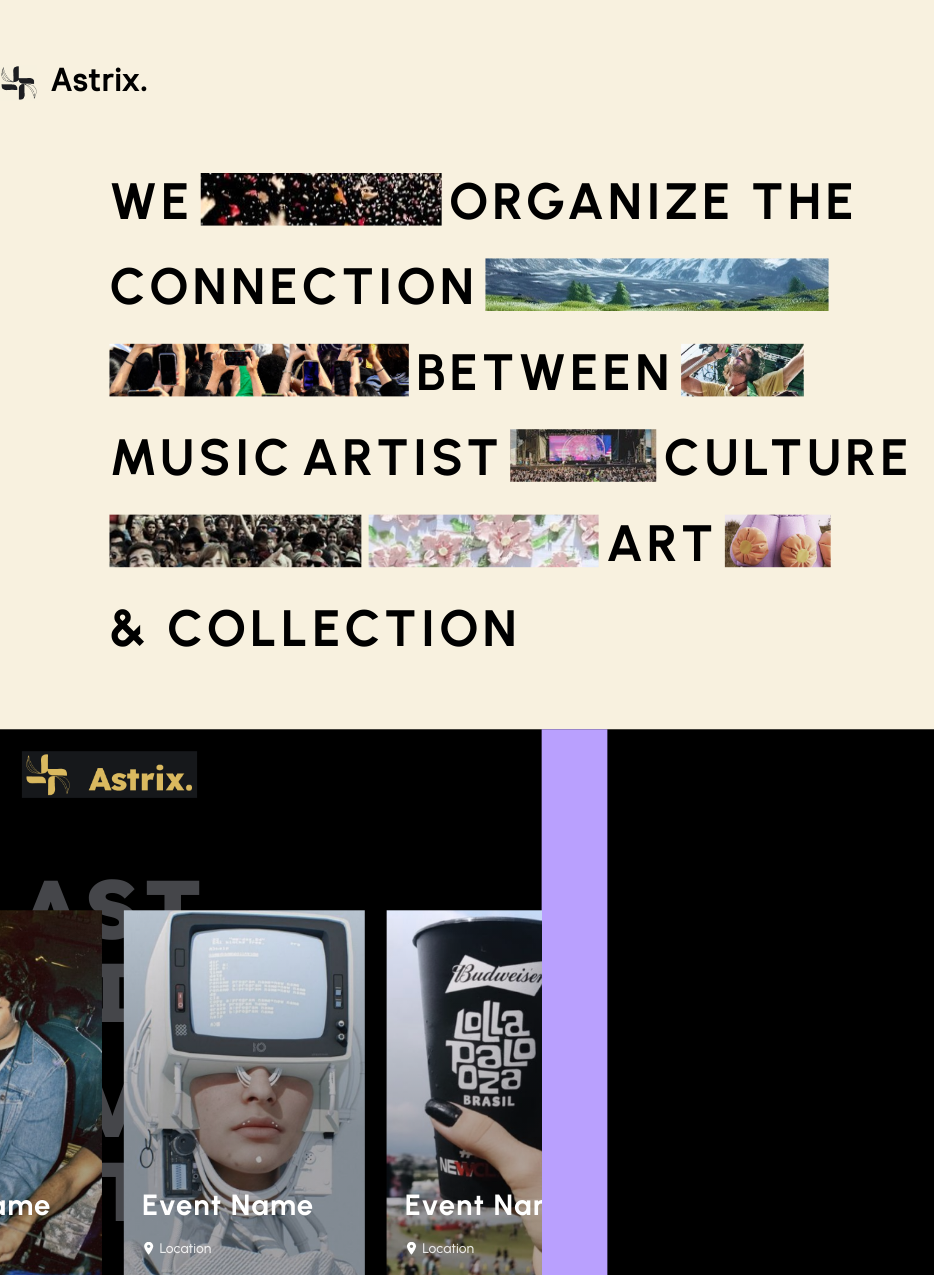
Repository: sharma171/astrix
Page: /
These files come from the project's save history. The page is drawn as it stood at one moment and after the next save; the edit follows.
The browser window is 1280 px wide. The pictures show the whole page, at 73% of full size.
The project was rebuilt for these pictures with package versions that can differ from the ones it lists, and the page was loaded fresh each time.

Above is the page before, as saved 2024-05-20 15:16:01.

After the next save:
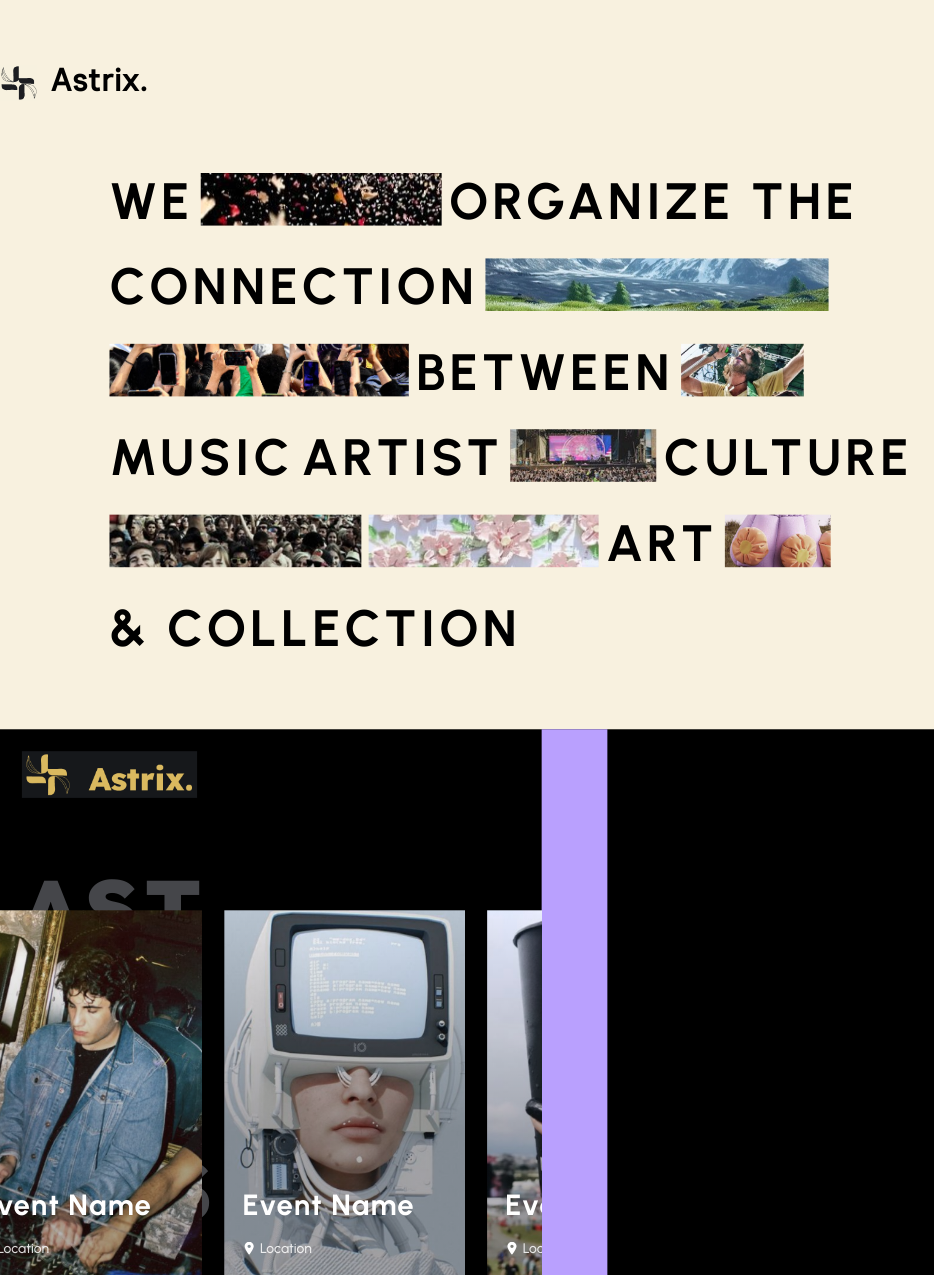
Saved 4 s later.
--- a/src/component/home.css
+++ b/src/component/home.css
@@ -72,7 +72,7 @@
     position: relative;
     animation-name: carousel;
     animation-delay: 2s;
-    animation-duration: 10s;
+    animation-duration: 15s;
 }
 @keyframes carousel {
     0% {

After the save that followed:
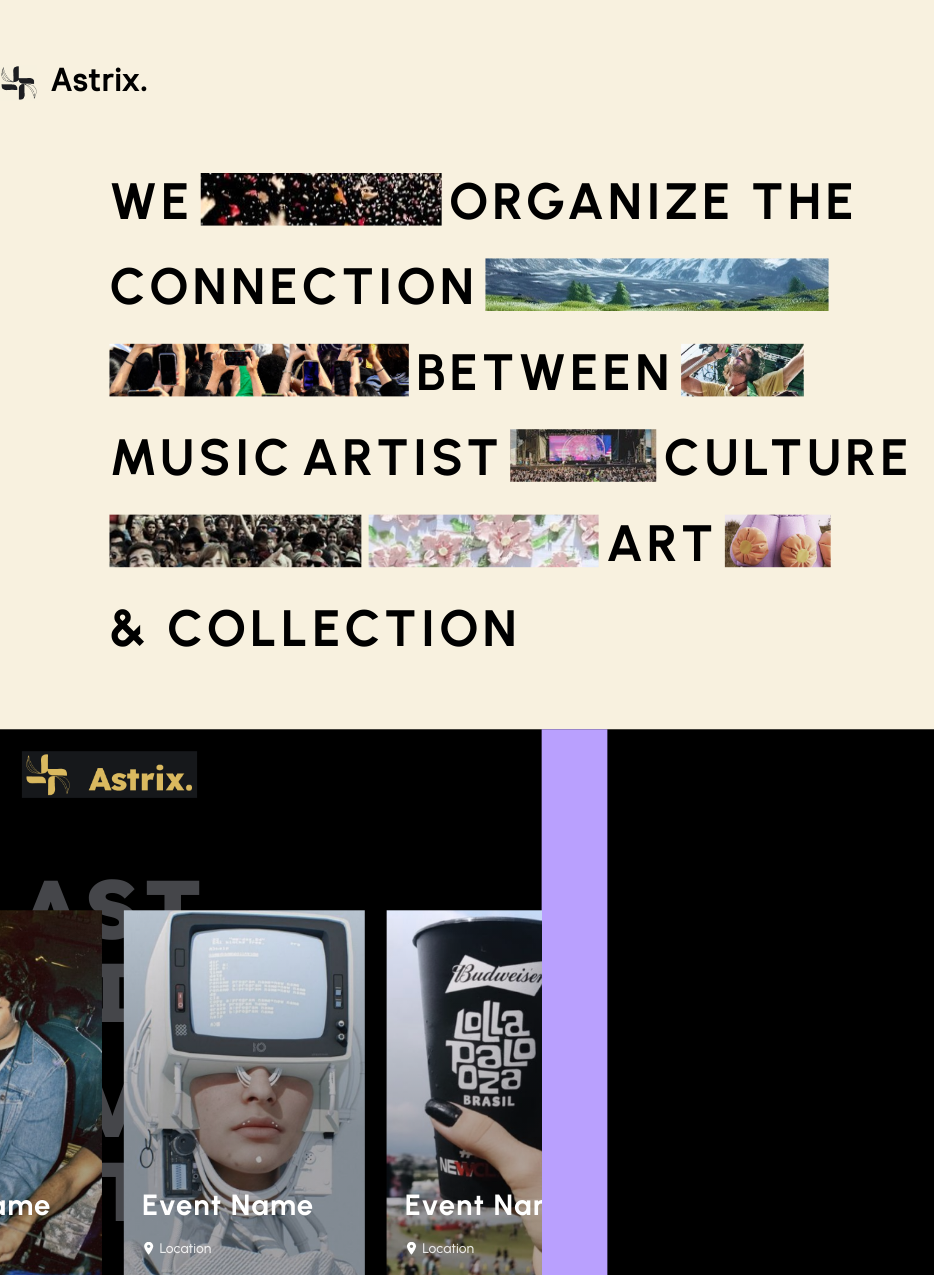
Saved 24 s later.
--- a/src/component/home.css
+++ b/src/component/home.css
@@ -72,7 +72,7 @@
     position: relative;
     animation-name: carousel;
     animation-delay: 2s;
-    animation-duration: 15s;
+    animation-duration: 10s;
 }
 @keyframes carousel {
     0% {
